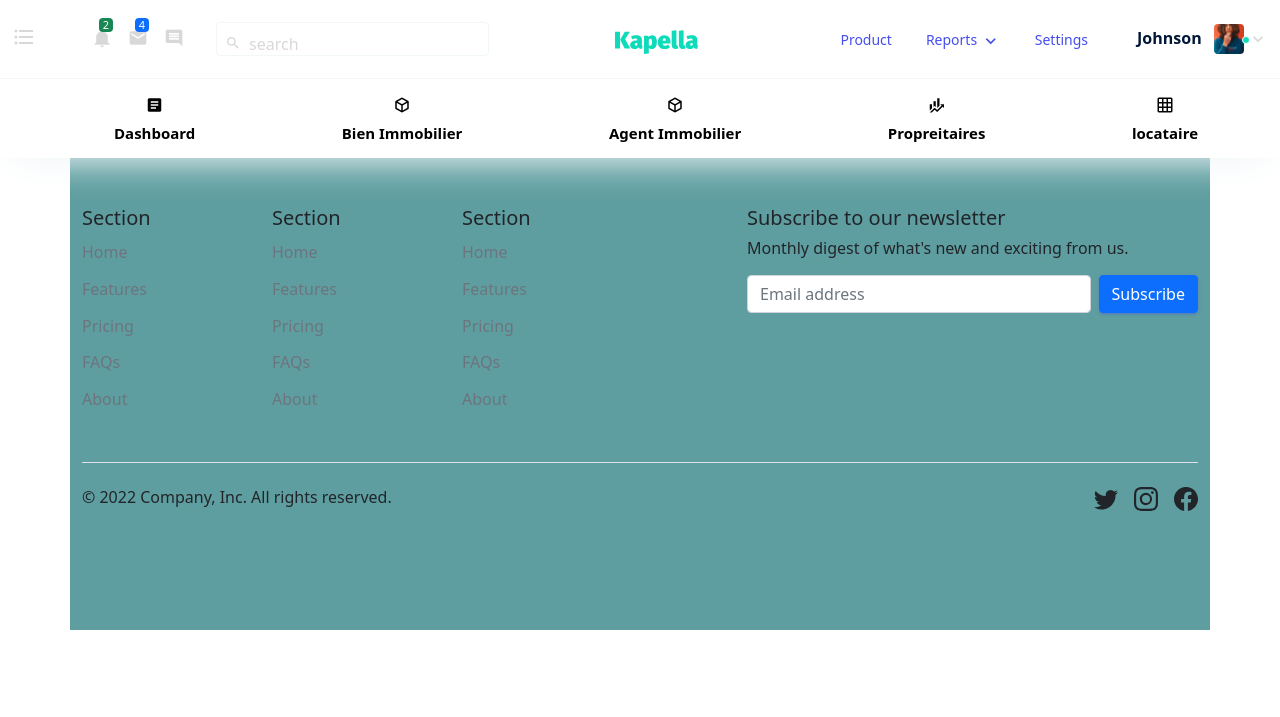
Repository: dimitri0004/Bien
Page: templates/base.html.twig
An editor plug-in stored every save of this project. The page is shown before and after the next save, followed by the edit.
The browser window is 1280 px wide. The pictures show the whole page.
The page is a Twig template of a Symfony application; nobody is signed in and links lead nowhere. The template is opened directly, without the code that normally fills it, so the values that code supplies are empty.

Above is the page before, as saved 2023-04-04 00:59:30.
Console error: TypeError: Cannot read properties of null (reading 'addEventListener')

### templates/base.html.twig
<!DOCTYPE html>
<html>
    <head>
        <meta charset="UTF-8">
        <meta name="viewport" content="width=device-width, initial-scale=1, shrink-to-fit=no">
        <title>{% block title %}Welcome!{% endblock %}</title>
        <link rel="icon" href="data:[embedded picture, 143 characters]">
        {# Run `composer require symfony/webpack-encore-bundle` to start using Symfony UX #}
        <!-- Required meta tags -->
        <!-- base:css -->




        {% block stylesheets %}
            <link rel="stylesheet" href="{{asset('vendors/base/vendor.bundle.base.css')}}">
            <link rel="stylesheet" href="{{asset('vendors/mdi/css/materialdesignicons.min.css')}}">
            <link rel="stylesheet" href="{{asset('css/style.css')}}">
            <link rel="shortcut icon" href="{{asset('images/favicon.png')}}" >
            <link rel="canonical" href="https://getbootstrap.com/docs/5.3/examples/footers/">
            <link href="{{ asset('css/bootstrap.min.css') }}" rel="stylesheet">





<link href="../assets/dist/css/bootstrap.min.css" rel="stylesheet">


        {% endblock %}



        {% block javascripts %} {% endblock %}

        <script src="{{asset('vendors/base/vendor.bundle.base.js')}}" defer></script>
        <script src="{{asset('js/template.js')}}" defer></script>
        <script src="{{asset('vendors/chart.js/Chart.min.js')}}"defer></script>
        <script src="{{asset('vendors/progressbar.js/progressbar.min.js')}}"></script>
        <script src="{{asset('vendors/chartjs-plugin-datalabels/chartjs-plugin-datalabels.js')}}"defer></script>
        <script src="{{asset('vendors/justgage/raphael-2.1.4.min.js')}}"defer></script>
        <script src="{{asset('vendors/justgage/justgage.js')}}"defer></script>
        <script src="{{asset('js/jquery.cookie.js')}}" type="text/javascript" defer></script>
        <script src="{{asset('js/dashboard.js')}}" defer></script>
        <script src="{{ asset('js/bootstrap.bundle.min.js') }}" defer></script>



    </head>
    <body>
        {% include "_partiels/nav.html.twig" %}
        {% block body %}

        {% endblock %}
        {% include "_partiels/footer.html.twig" %}
    </body>
</html>

### templates/_partiels/nav.html.twig

<div class="container-scroller">
    <div class="row p-0 m-0 proBanner" id="proBanner">
        <div class="col-md-12 p-0 m-0">

        </div>
    </div>
<!-- partial:partials/_horizontal-navbar.html -->
<div class="horizontal-menu">
<nav class="navbar top-navbar col-lg-12 col-12 p-0">
<div class="container-fluid">
<div class="navbar-menu-wrapper d-flex align-items-center justify-content-between">
<ul class="navbar-nav navbar-nav-left">
  <li class="nav-item ms-0 me-5 d-lg-flex d-none">
    <a href="#" class="nav-link horizontal-nav-left-menu"><i class="mdi mdi-format-list-bulleted"></i></a>
  </li>
  <li class="nav-item dropdown">
    <a class="nav-link count-indicator dropdown-toggle d-flex align-items-center justify-content-center" id="notificationDropdown" href="#" data-bs-toggle="dropdown">
      <i class="mdi mdi-bell mx-0"></i>
      <span class="count bg-success">2</span>
    </a>
    <div class="dropdown-menu dropdown-menu-right navbar-dropdown preview-list" aria-labelledby="notificationDropdown">
      <p class="mb-0 font-weight-normal float-left dropdown-header">Notifications</p>
      <a class="dropdown-item preview-item">
        <div class="preview-thumbnail">
            <div class="preview-icon bg-success">
              <i class="mdi mdi-information mx-0"></i>
            </div>
        </div>
        <div class="preview-item-content">
            <h6 class="preview-subject font-weight-normal">Application Error</h6>
            <p class="font-weight-light small-text mb-0 text-muted">
              Just now
            </p>
        </div>
      </a>
      <a class="dropdown-item preview-item">
        <div class="preview-thumbnail">
            <div class="preview-icon bg-warning">
              <i class="mdi mdi-settings mx-0"></i>
            </div>
        </div>
        <div class="preview-item-content">
            <h6 class="preview-subject font-weight-normal">Settings</h6>
            <p class="font-weight-light small-text mb-0 text-muted">
              Private message
            </p>
        </div>
      </a>
      <a class="dropdown-item preview-item">
        <div class="preview-thumbnail">
            <div class="preview-icon bg-info">
              <i class="mdi mdi-account-box mx-0"></i>
            </div>
        </div>
        <div class="preview-item-content">
            <h6 class="preview-subject font-weight-normal">New user registration</h6>
            <p class="font-weight-light small-text mb-0 text-muted">
              2 days ago
            </p>
        </div>
      </a>
    </div>
  </li>
  <li class="nav-item dropdown">
    <a class="nav-link count-indicator dropdown-toggle d-flex justify-content-center align-items-center" id="messageDropdown" href="#" data-bs-toggle="dropdown">
      <i class="mdi mdi-email mx-0"></i>
      <span class="count bg-primary">4</span>
    </a>
    <div class="dropdown-menu dropdown-menu-right navbar-dropdown preview-list" aria-labelledby="messageDropdown">
      <p class="mb-0 font-weight-normal float-left dropdown-header">Messages</p>
      <a class="dropdown-item preview-item">
        <div class="preview-thumbnail">
            <img src="images/faces/face4.jpg" alt="image" class="profile-pic">
        </div>
        <div class="preview-item-content flex-grow">
            <h6 class="preview-subject ellipsis font-weight-normal">David Grey
            </h6>
            <p class="font-weight-light small-text text-muted mb-0">
              The meeting is cancelled
            </p>
        </div>
      </a>
      <a class="dropdown-item preview-item">
        <div class="preview-thumbnail">
            <img src="images/faces/face2.jpg" alt="image" class="profile-pic">
        </div>
        <div class="preview-item-content flex-grow">
            <h6 class="preview-subject ellipsis font-weight-normal">Tim Cook
            </h6>
            <p class="font-weight-light small-text text-muted mb-0">
              New product launch
            </p>
        </div>
      </a>
      <a class="dropdown-item preview-item">
        <div class="preview-thumbnail">
            <img src="images/faces/face3.jpg" alt="image" class="profile-pic">
        </div>
        <div class="preview-item-content flex-grow">
            <h6 class="preview-subject ellipsis font-weight-normal"> Johnson
            </h6>
            <p class="font-weight-light small-text text-muted mb-0">
              Upcoming board meeting
            </p>
        </div>
      </a>
    </div>
  </li>
  <li class="nav-item dropdown">
    <a href="#" class="nav-link count-indicator "><i class="mdi mdi-message-reply-text"></i></a>
  </li>
  <li class="nav-item nav-search d-none d-lg-block ms-3">
    <div class="input-group">
        <div class="input-group-prepend">
          <span class="input-group-text" id="search">
            <i class="mdi mdi-magnify"></i>
          </span>
        </div>
        <input type="text" class="form-control" placeholder="search" aria-label="search" aria-describedby="search">
    </div>
  </li>
</ul>
<div class="text-center navbar-brand-wrapper d-flex align-items-center justify-content-center">
    <a class="navbar-brand brand-logo" href="index.html"><img src="{{ asset('images/logo.svg') }}" alt="logo"/></a>
    <a class="navbar-brand brand-logo-mini" href="index.html"><img src="{{ asset('images/logo-mini.svg') }}" alt="logo"/></a>
</div>
<ul class="navbar-nav navbar-nav-right">
    <li class="nav-item dropdown  d-lg-flex d-none">
      <button type="button" class="btn btn-inverse-primary btn-sm">Product </button>
    </li>
    <li class="nav-item dropdown d-lg-flex d-none">
      <a class="dropdown-toggle show-dropdown-arrow btn btn-inverse-primary btn-sm" id="nreportDropdown" href="#" data-bs-toggle="dropdown">
      Reports
      </a>
      <div class="dropdown-menu dropdown-menu-right navbar-dropdown preview-list" aria-labelledby="nreportDropdown">
          <p class="mb-0 font-weight-medium float-left dropdown-header">Reports</p>
          <a class="dropdown-item">
            <i class="mdi mdi-file-pdf text-primary"></i>
            Pdf
          </a>
          <a class="dropdown-item">
            <i class="mdi mdi-file-excel text-primary"></i>
            Exel
          </a>
      </div>
    </li>
    <li class="nav-item dropdown d-lg-flex d-none">
      <button type="button" class="btn btn-inverse-primary btn-sm">Settings</button>
    </li>
    <li class="nav-item nav-profile dropdown">
      <a class="nav-link dropdown-toggle" href="#" data-bs-toggle="dropdown" id="profileDropdown">
        <span class="nav-profile-name">Johnson</span>
        <span class="online-status"></span>
        <img src="{{ asset('images/faces/face28.png') }}" alt="profile"/>
      </a>
      <div class="dropdown-menu dropdown-menu-right navbar-dropdown" aria-labelledby="profileDropdown">
          <a class="dropdown-item">
            <i class="mdi mdi-settings text-primary"></i>
            Settings
          </a>
          <a class="dropdown-item">
            <i class="mdi mdi-logout text-primary"></i>
            Logout
          </a>
      </div>
    </li>
</ul>
<button class="navbar-toggler navbar-toggler-right d-lg-none align-self-center" type="button" data-toggle="horizontal-menu-toggle">
  <span class="mdi mdi-menu"></span>
</button>
</div>
</div>
</nav>
<nav class="bottom-navbar">
<div class="container">
<ul class="nav page-navigation">
  <li class="nav-item">
    <a class="nav-link" href="index.html">
      <i class="mdi mdi-file-document-box menu-icon"></i>
      <span class="menu-title">Dashboard</span>
    </a>
  </li>
  <li class="nav-item">
      <a href="#" class="nav-link">
        <i class="mdi mdi-cube-outline menu-icon"></i>
        <span class="menu-title">Bien Immobilier</span>
        <i class="menu-arrow"></i>
      </a>
      <div class="submenu">
          <ul>
            <li class="nav-item"><a class="nav-link" href="{{ path('bienImmobilier_ajouter') }}">Ajouter</a></li>
            <li class="nav-item"><a class="nav-link" href="{{ path('bienImmobilier_liste') }}">Lister</a></li>
            <li class="nav-item"><a class="nav-link" href="{{ path('bienImmobilier_afficher') }}">Afficher</a></li>
            <li class="nav-item"><a class="nav-link" href="">Depense</a></li>
            <li class="nav-item"><a class="nav-link" href="">Revenu</a></li>
          </ul>
      </div>
  </li>
  <li class="nav-item">
      <a href="pages/forms/basic_elements.html" class="nav-link">
        <i class="mdi mdi-cube-outline menu-icon"></i>
        <span class="menu-title">Agent Immobilier</span>
        <i class="menu-arrow"></i>
      </a>
      <div class="submenu">
      <ul>
            <li class="nav-item"><a class="nav-link" href="{{ path('agentImmobilier_ajouter') }}">Ajouter</a></li>
            <li class="nav-item"><a class="nav-link" href="pages/ui-features/typography.html">Lister</a></li>
            <li class="nav-item"><a class="nav-link" href="{{ path('agentImmobilier_afficher') }}">Afficher</a></li>

      </ul>
    </div>
  </li>
  <li class="nav-item">
      <a href="pages/charts/chartjs.html" class="nav-link">
        <i class="mdi mdi-finance menu-icon"></i>
        <span class="menu-title">Propreitaires</span>
        <i class="menu-arrow"></i>
      </a>
      <div class="submenu">
        <ul>
            <li class="nav-item"><a class="nav-link" href="{{ path('propreitaire_ajouter') }}">Ajouter</a></li>
            <li class="nav-item"><a class="nav-link" href="{{ path('propreitaire_afficher') }}">Afficher</a></li>
        </ul>
    </div>
  </li>
  <li class="nav-item">
      <a href="pages/tables/basic-table.html" class="nav-link">
        <i class="mdi mdi-grid menu-icon"></i>
        <span class="menu-title">locataire</span>
        <i class="menu-arrow"></i>
      </a>
      <div class="submenu">
        <ul>
            <li class="nav-item"><a class="nav-link" href="{{ path('locataire_ajouter') }}">Ajouter</a></li>
            <li class="nav-item"><a class="nav-link" href="{{ path('locataire_afficher') }}">Afficher</a></li>
            <li class="nav-item"><a class="nav-link" href="pages/ui-features/typography.html">Facture</a></li>
            <li class="nav-item"><a class="nav-link" href="pages/ui-features/typography.html">Contrat de Location</a></li>
        </ul>
    </div>
  </li>
</ul>
</div>
</nav>
</div>

### templates/_partiels/footer.html.twig
<style>
    .bd-placeholder-img {
      font-size: 1.125rem;
      text-anchor: middle;
      -webkit-user-select: none;
      -moz-user-select: none;
      user-select: none;
    }

    @media (min-width: 768px) {
      .bd-placeholder-img-lg {
        font-size: 3.5rem;
      }
    }

    .b-example-divider {
      height: 3rem;
      background-color: rgba(0, 0, 0, .1);
      border: solid rgba(0, 0, 0, .15);
      border-width: 1px 0;
      box-shadow: inset 0 .5em 1.5em rgba(0, 0, 0, .1), inset 0 .125em .5em rgba(0, 0, 0, .15);
    }

    .b-example-vr {
      flex-shrink: 0;
      width: 1.5rem;
      height: 100vh;
    }

    .bi {
      vertical-align: -.125em;
      fill: currentColor;
    }

    .nav-scroller {
      position: relative;
      z-index: 2;
      height: 2.75rem;
      overflow-y: hidden;
    }

    .nav-scroller .nav {
      display: flex;
      flex-wrap: nowrap;
      padding-bottom: 1rem;
      margin-top: -1px;
      overflow-x: auto;
      text-align: center;
      white-space: nowrap;
      -webkit-overflow-scrolling: touch;
    }
</style>
<body>
    <svg xmlns="http://www.w3.org/2000/svg" style="display: none;">
        <symbol id="bootstrap" viewBox="0 0 118 94">
          <title>Bootstrap</title>
          <path fill-rule="evenodd" clip-rule="evenodd" d="M24.509 0c-6.733 0-11.715 5.893-11.492 12.284.214 6.14-.064 14.092-2.066 20.577C8.943 39.365 5.547 43.485 0 44.014v5.972c5.547.529 8.943 4.649 10.951 11.153 2.002 6.485 2.28 14.437 2.066 20.577C12.794 88.106 17.776 94 24.51 94H93.5c6.733 0 11.714-5.893 11.491-12.284-.214-6.14.064-14.092 2.066-20.577 2.009-6.504 5.396-10.624 10.943-11.153v-5.972c-5.547-.529-8.934-4.649-10.943-11.153-2.002-6.484-2.28-14.437-2.066-20.577C105.214 5.894 100.233 0 93.5 0H24.508zM80 57.863C80 66.663 73.436 72 62.543 72H44a2 2 0 01-2-2V24a2 2 0 012-2h18.437c9.083 0 15.044 4.92 15.044 12.474 0 5.302-4.01 10.049-9.119 10.88v.277C75.317 46.394 80 51.21 80 57.863zM60.521 28.34H49.948v14.934h8.905c6.884 0 10.68-2.772 10.68-7.727 0-4.643-3.264-7.207-9.012-7.207zM49.948 49.2v16.458H60.91c7.167 0 10.964-2.876 10.964-8.281 0-5.406-3.903-8.178-11.425-8.178H49.948z"></path>
        </symbol>
        <symbol id="facebook" viewBox="0 0 16 16">
          <path d="M16 8.049c0-4.446-3.582-8.05-8-8.05C3.58 0-.002 3.603-.002 8.05c0 4.017 2.926 7.347 6.75 7.951v-5.625h-2.03V8.05H6.75V6.275c0-2.017 1.195-3.131 3.022-3.131.876 0 1.791.157 1.791.157v1.98h-1.009c-.993 0-1.303.621-1.303 1.258v1.51h2.218l-.354 2.326H9.25V16c3.824-.604 6.75-3.934 6.75-7.951z"/>
        </symbol>
        <symbol id="instagram" viewBox="0 0 16 16">
            <path d="M8 0C5.829 0 5.556.01 4.703.048 3.85.088 3.269.222 2.76.42a3.917 3.917 0 0 0-1.417.923A3.927 3.927 0 0 0 .42 2.76C.222 3.268.087 3.85.048 4.7.01 5.555 0 5.827 0 8.001c0 2.172.01 2.444.048 3.297.04.852.174 1.433.372 1.942.205.526.478.972.923 1.417.444.445.89.719 1.416.923.51.198 1.09.333 1.942.372C5.555 15.99 5.827 16 8 16s2.444-.01 3.298-.048c.851-.04 1.434-.174 1.943-.372a3.916 3.916 0 0 0 1.416-.923c.445-.445.718-.891.923-1.417.197-.509.332-1.09.372-1.942C15.99 10.445 16 10.173 16 8s-.01-2.445-.048-3.299c-.04-.851-.175-1.433-.372-1.941a3.926 3.926 0 0 0-.923-1.417A3.911 3.911 0 0 0 13.24.42c-.51-.198-1.092-.333-1.943-.372C10.443.01 10.172 0 7.998 0h.003zm-.717 1.442h.718c2.136 0 2.389.007 3.232.046.78.035 1.204.166 1.486.275.373.145.64.319.92.599.28.28.453.546.598.92.11.281.24.705.275 1.485.039.843.047 1.096.047 3.231s-.008 2.389-.047 3.232c-.035.78-.166 1.203-.275 1.485a2.47 2.47 0 0 1-.599.919c-.28.28-.546.453-.92.598-.28.11-.704.24-1.485.276-.843.038-1.096.047-3.232.047s-2.39-.009-3.233-.047c-.78-.036-1.203-.166-1.485-.276a2.478 2.478 0 0 1-.92-.598 2.48 2.48 0 0 1-.6-.92c-.109-.281-.24-.705-.275-1.485-.038-.843-.046-1.096-.046-3.233 0-2.136.008-2.388.046-3.231.036-.78.166-1.204.276-1.486.145-.373.319-.64.599-.92.28-.28.546-.453.92-.598.282-.11.705-.24 1.485-.276.738-.034 1.024-.044 2.515-.045v.002zm4.988 1.328a.96.96 0 1 0 0 1.92.96.96 0 0 0 0-1.92zm-4.27 1.122a4.109 4.109 0 1 0 0 8.217 4.109 4.109 0 0 0 0-8.217zm0 1.441a2.667 2.667 0 1 1 0 5.334 2.667 2.667 0 0 1 0-5.334z"/>
        </symbol>
        <symbol id="twitter" viewBox="0 0 16 16">
          <path d="M5.026 15c6.038 0 9.341-5.003 9.341-9.334 0-.14 0-.282-.006-.422A6.685 6.685 0 0 0 16 3.542a6.658 6.658 0 0 1-1.889.518 3.301 3.301 0 0 0 1.447-1.817 6.533 6.533 0 0 1-2.087.793A3.286 3.286 0 0 0 7.875 6.03a9.325 9.325 0 0 1-6.767-3.429 3.289 3.289 0 0 0 1.018 4.382A3.323 3.323 0 0 1 .64 6.575v.045a3.288 3.288 0 0 0 2.632 3.218 3.203 3.203 0 0 1-.865.115 3.23 3.23 0 0 1-.614-.057 3.283 3.283 0 0 0 3.067 2.277A6.588 6.588 0 0 1 .78 13.58a6.32 6.32 0 0 1-.78-.045A9.344 9.344 0 0 0 5.026 15z"/>
        </symbol>
      </svg>


      <div class="container mt-30" style="background-color: cadetblue;" >
        <footer class="py-5">
          <div class="row">
            <div class="col-6 col-md-2 mb-3">
              <h5>Section</h5>
              <ul class="nav flex-column">
                <li class="nav-item mb-2"><a href="#" class="nav-link p-0 text-muted">Home</a></li>
                <li class="nav-item mb-2"><a href="#" class="nav-link p-0 text-muted">Features</a></li>
                <li class="nav-item mb-2"><a href="#" class="nav-link p-0 text-muted">Pricing</a></li>
                <li class="nav-item mb-2"><a href="#" class="nav-link p-0 text-muted">FAQs</a></li>
                <li class="nav-item mb-2"><a href="#" class="nav-link p-0 text-muted">About</a></li>
              </ul>
            </div>

            <div class="col-6 col-md-2 mb-3">
              <h5>Section</h5>
              <ul class="nav flex-column">
                <li class="nav-item mb-2"><a href="#" class="nav-link p-0 text-muted">Home</a></li>
                <li class="nav-item mb-2"><a href="#" class="nav-link p-0 text-muted">Features</a></li>
                <li class="nav-item mb-2"><a href="#" class="nav-link p-0 text-muted">Pricing</a></li>
                <li class="nav-item mb-2"><a href="#" class="nav-link p-0 text-muted">FAQs</a></li>
                <li class="nav-item mb-2"><a href="#" class="nav-link p-0 text-muted">About</a></li>
              </ul>
            </div>

            <div class="col-6 col-md-2 mb-3">
              <h5>Section</h5>
              <ul class="nav flex-column">
                <li class="nav-item mb-2"><a href="#" class="nav-link p-0 text-muted">Home</a></li>
                <li class="nav-item mb-2"><a href="#" class="nav-link p-0 text-muted">Features</a></li>
                <li class="nav-item mb-2"><a href="#" class="nav-link p-0 text-muted">Pricing</a></li>
                <li class="nav-item mb-2"><a href="#" class="nav-link p-0 text-muted">FAQs</a></li>
                <li class="nav-item mb-2"><a href="#" class="nav-link p-0 text-muted">About</a></li>
              </ul>
            </div>

            <div class="col-md-5 offset-md-1 mb-3">
              <form>
                <h5>Subscribe to our newsletter</h5>
                <p>Monthly digest of what's new and exciting from us.</p>
                <div class="d-flex flex-column flex-sm-row w-100 gap-2">
                  <label for="newsletter1" class="visually-hidden">Email address</label>
                  <input id="newsletter1" type="text" class="form-control" placeholder="Email address">
                  <button class="btn btn-primary" type="button">Subscribe</button>
                </div>
              </form>
            </div>
          </div>

          <div class="d-flex flex-column flex-sm-row justify-content-between py-4 my-4 border-top">
            <p>&copy; 2022 Company, Inc. All rights reserved.</p>
            <ul class="list-unstyled d-flex">
              <li class="ms-3"><a class="link-dark" href="#"><svg class="bi" width="24" height="24"><use xlink:href="#twitter"/></svg></a></li>
              <li class="ms-3"><a class="link-dark" href="#"><svg class="bi" width="24" height="24"><use xlink:href="#instagram"/></svg></a></li>
              <li class="ms-3"><a class="link-dark" href="#"><svg class="bi" width="24" height="24"><use xlink:href="#facebook"/></svg></a></li>
            </ul>
          </div>
        </footer>
      </div>
</body>

Loaded but not shown: public/vendors/base/vendor.bundle.base.css (common file); public/vendors/mdi/css/materialdesignicons.min.css (library); public/css/style.css (library); public/css/bootstrap.min.css (library); public/vendors/progressbar.js/progressbar.min.js (library); public/vendors/base/vendor.bundle.base.js (library); public/vendors/chart.js/Chart.min.js (library); public/vendors/chartjs-plugin-datalabels/chartjs-plugin-datalabels.js (library); public/vendors/justgage/raphael-2.1.4.min.js (library); public/vendors/justgage/justgage.js (library); public/js/jquery.cookie.js (library); public/js/bootstrap.bundle.min.js (library); public/images/logo.svg (3 lines, source omitted); public/images/logo-mini.svg (12 lines, source omitted); public/js/dashboard.js (1172 lines, source omitted); public/js/template.js (126 lines, source omitted)

After the next save:
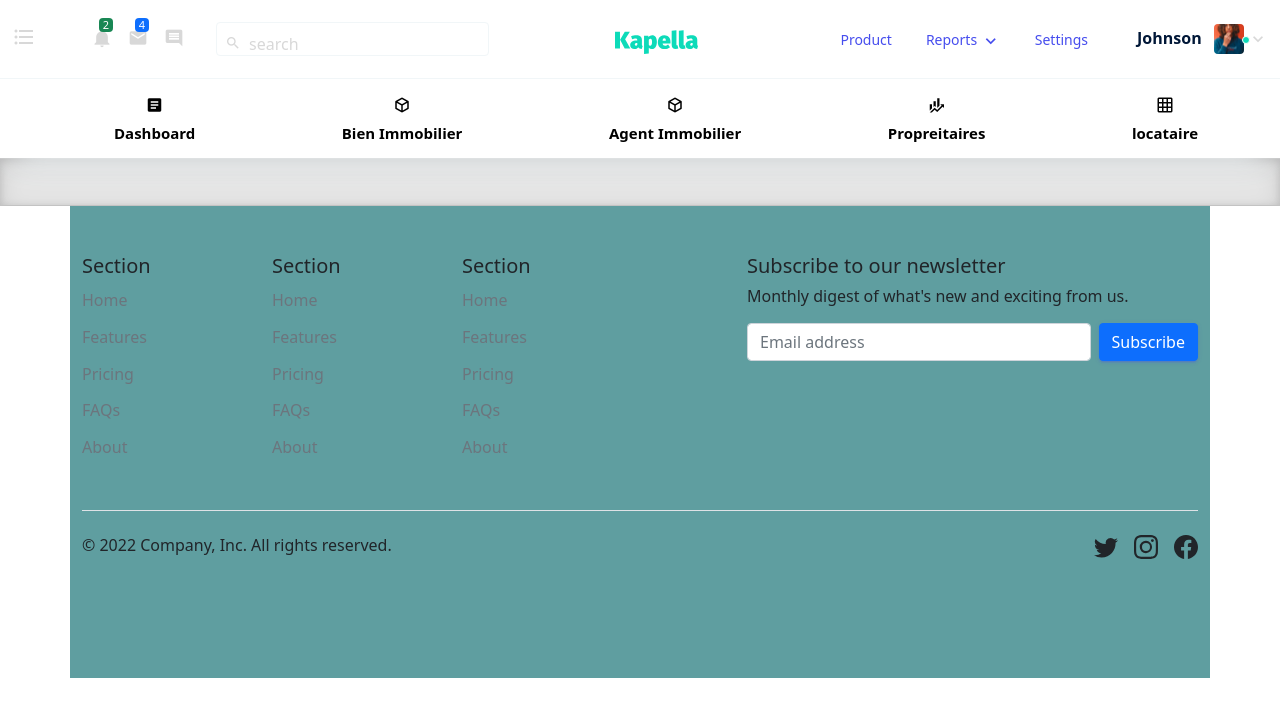
Saved 2 min 3 s later.
--- a/templates/_partiels/footer.html.twig
+++ b/templates/_partiels/footer.html.twig
@@ -67,7 +67,7 @@
         </symbol>
       </svg>
 
-
+      <div class="b-example-divider"></div>
       <div class="container mt-30" style="background-color: cadetblue;" >
         <footer class="py-5">
           <div class="row">
